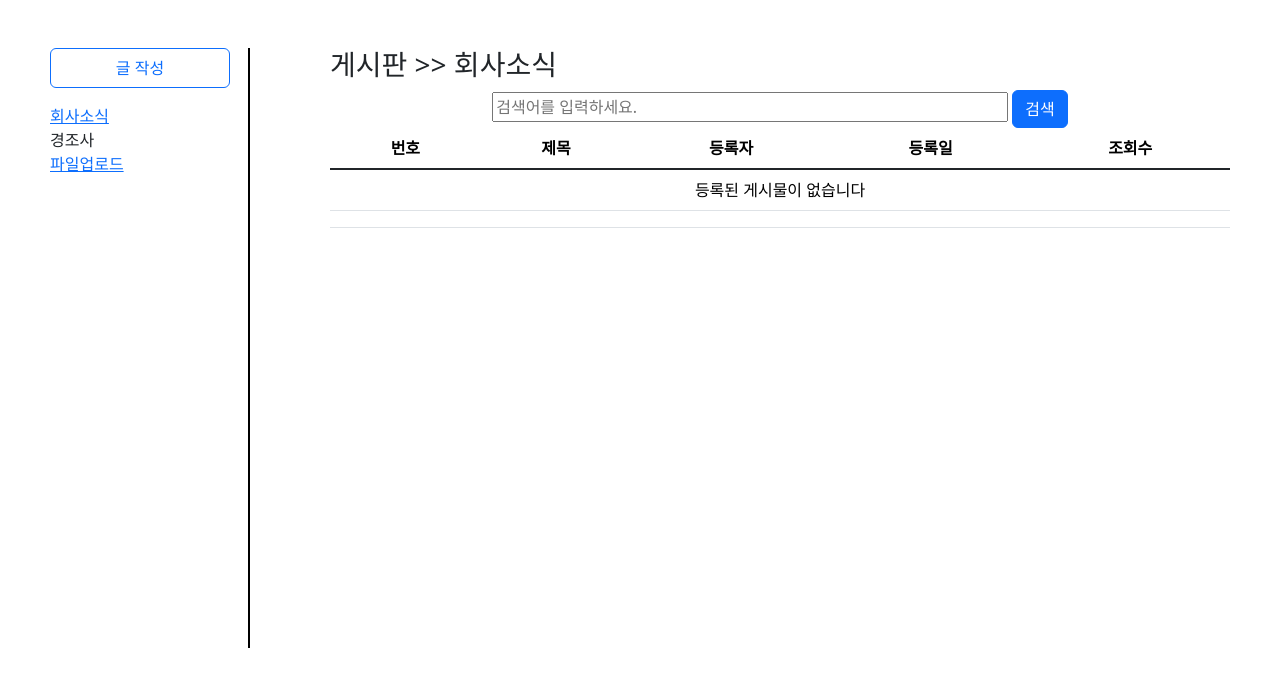
Repository: KimDongGyuu/final
Page: http://localhost/aceworks/WEB-INF/views/company_news/company_news_List.jsp
The author's editor kept a copy of each file at every save. The page is drawn from the files as they stood at one save, then again after the next save.
The browser window is 1280 px wide. The pictures show the whole page.
The page is served by Tomcat 9. Nobody is signed in. Other server files are loaded and not shown. The template is opened directly, without the code that normally fills it, so the values that code supplies are empty.

Above is the page before, as saved 2024-03-17 03:57:57.

### aceworks/src/main/webapp/WEB-INF/views/company_news/company_news_List.jsp
<%@ page language="java" contentType="text/html; charset=UTF-8"
	pageEncoding="UTF-8"%>
<%@ include file="/WEB-INF/views/include/style.jsp"%>
<%@ taglib uri="http://java.sun.com/jsp/jstl/core" prefix="c"%>
<!DOCTYPE html>
<html>
<head>
<meta charset="UTF-8">
<title>Insert title here</title>
<style>
#left {
	width: 200px;
	height: 600px;
	float: left;
	border-right: 2px solid black;
	margin-left: 50px;
}

#right {
	width: 900px;
	height: 600px;
	margin-left: 330px;
}

#bt {
	width: 180px;
	height: 40px;
}


h3 {
	text-align: center;
}
</style>
</head>
<body>


	<div>
		<div id="left">
			<button id="bt" type="button" class="btn btn-outline-primary"
				onclick="location.href='company_news_Writeform.do';">글 작성</button>
<div class="mt-3"><a href="company_news_List.do">회사소식</a> <br> 경조사 <br><a href="fileUploadForm.do">파일업로드</a></div>
		</div>
		<div id="right">
		<div class="mt-5 mb-2"><span class="h3">게시판 &gt;&gt; 회사소식</span></div>
<div class="mt-2 d-flex gap-2 justify-content-center">
    <form action="company_newsSearch.do">
        <input type="text" id="searchKeyword" name="keyword" placeholder="검색어를 입력하세요." size="50" style="height: px;">
        <button id="Sbt" type="submit" class="btn btn btn-primary">검색</button>
    </form>
</div>
			<table width="1000" cellspacing="0" class="table table-hover">
				<thead>
					<tr align="center">
						<th scope="col">번호</th>
						<th scope="col">제목</th>
						<th scope="col">등록자</th>
						<th scope="col">등록일</th>
						<th scope="col">조회수</th>
					</tr>
				</thead>

				<tbody class="table-group-divider">
					<c:if test="${empty lists }">
						<tr>
							<td colspan="5" align="center">등록된 게시물이 없습니다</td>
						</tr>
					</c:if>

					<c:forEach var="dto" items="${lists }">
						<tr class="text-center">
							<th scope="row">${dto.news_idx }</th>
							<c:url var="company_newsContentUrl"
								value="company_news_Content.do">
								<c:param name="news_idx">${dto.news_idx }</c:param>
							</c:url>
							<td><a href="${company_newsContentUrl }">${dto.news_title }</a></td>
							<td>${dto.news_writer }</td>
							<td>${dto.news_writedate }</td>
							<td>${dto.news_readnum }</td>
						</tr>
					</c:forEach>
				</tbody>

				<tfoot>
					<tr>
						<td colspan="5" align="center">${pageStr }</td>
					</tr>
				</tfoot>
			</table>
		</div>
	</div>
</body>
</html>

### aceworks/src/main/webapp/WEB-INF/views/include/style.jsp
<%@ page language="java" contentType="text/html; charset=UTF-8"
    pageEncoding="UTF-8"%>
<!DOCTYPE html>
<html>
<head>
<meta charset="UTF-8">
<title>Insert title here</title>
<link
   href="https://cdn.jsdelivr.net/npm/bootstrap@5.3.3/dist/css/bootstrap.min.css"
   rel="stylesheet"
   integrity="sha384-QWTKZyjpPEjISv5WaRU9OFeRpok6YctnYmDr5pNlyT2bRjXh0JMhjY6hW+ALEwIH"
   crossorigin="anonymous">
<script
   src="https://cdn.jsdelivr.net/npm/bootstrap@5.3.3/dist/js/bootstrap.bundle.min.js"
   integrity="sha384-YvpcrYf0tY3lHB60NNkmXc5s9fDVZLESaAA55NDzOxhy9GkcIdslK1eN7N6jIeHz"
   crossorigin="anonymous"></script>
<script
   src="https://cdn.jsdelivr.net/npm/@popperjs/core@2.11.8/dist/umd/popper.min.js"
   integrity="sha384-I7E8VVD/ismYTF4hNIPjVp/Zjvgyol6VFvRkX/vR+Vc4jQkC+hVqc2pM8ODewa9r"
   crossorigin="anonymous"></script>
<script
   src="https://cdn.jsdelivr.net/npm/bootstrap@5.3.3/dist/js/bootstrap.min.js"
   integrity="sha384-0pUGZvbkm6XF6gxjEnlmuGrJXVbNuzT9qBBavbLwCsOGabYfZo0T0to5eqruptLy"
   crossorigin="anonymous"></script>
</head>
<body>

</body>
</html>

After the next save:
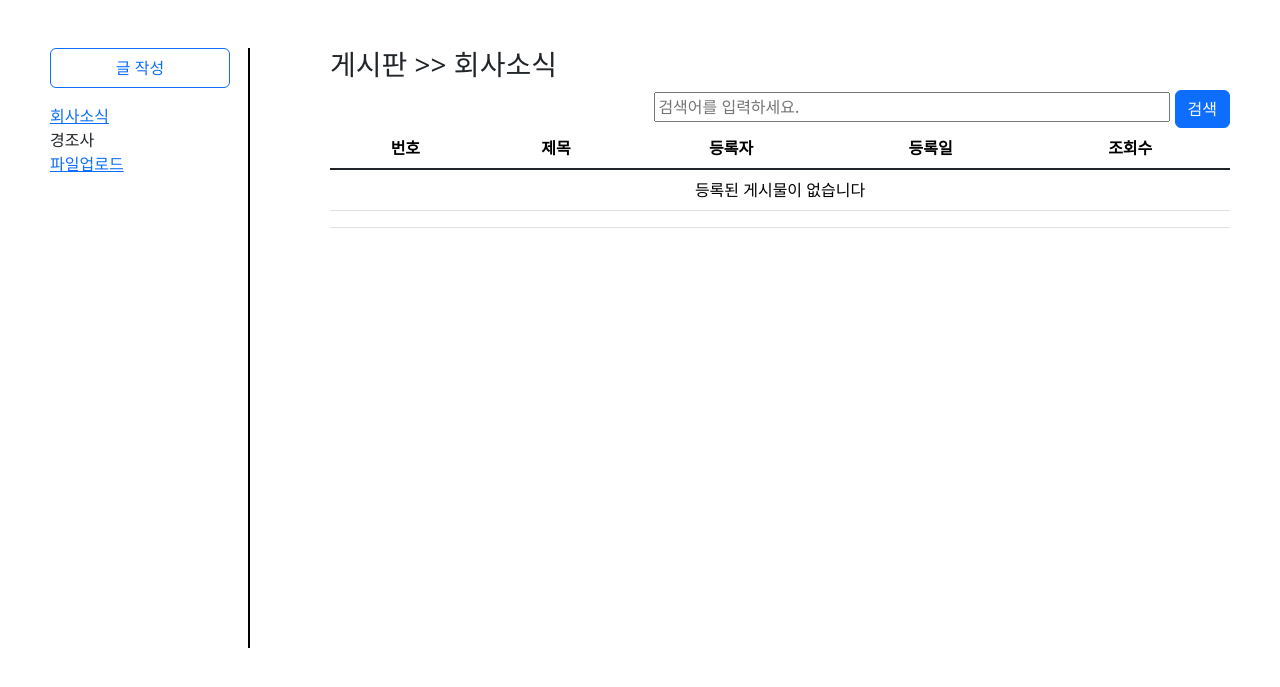
Saved 8 s later.
--- a/aceworks/src/main/webapp/WEB-INF/views/company_news/company_news_List.jsp
+++ b/aceworks/src/main/webapp/WEB-INF/views/company_news/company_news_List.jsp
@@ -44,7 +44,7 @@ h3 {
 		</div>
 		<div id="right">
 		<div class="mt-5 mb-2"><span class="h3">게시판 &gt;&gt; 회사소식</span></div>
-<div class="mt-2 d-flex gap-2 justify-content-center">
+<div class="mt-2 d-flex gap-2 justify-content-end">
     <form action="company_newsSearch.do">
         <input type="text" id="searchKeyword" name="keyword" placeholder="검색어를 입력하세요." size="50" style="height: px;">
         <button id="Sbt" type="submit" class="btn btn btn-primary">검색</button>
